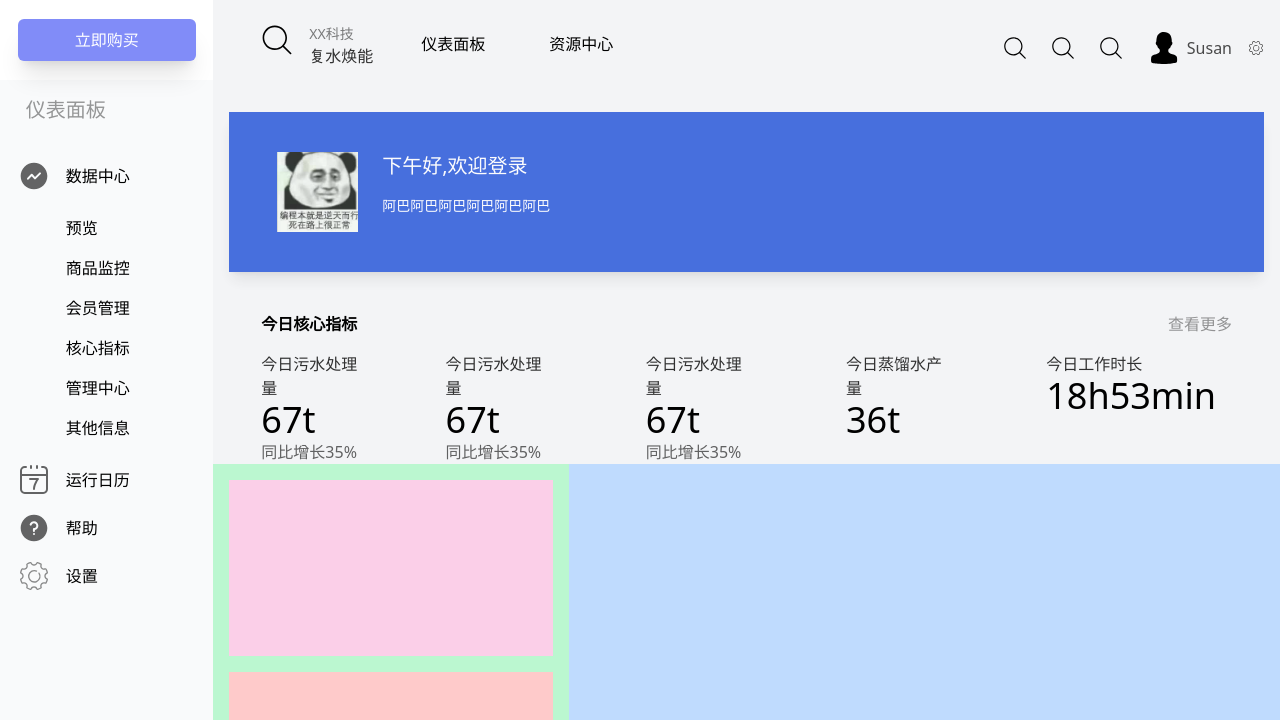
Repository: LiuRuohui/useWater
Page: /
An editor plug-in stored every save of this project. The page is shown before and after the next save, followed by the edit.
The browser window is 1280 px wide. The pictures show the whole page.
The project was rebuilt for these pictures with package versions that can differ from the ones it lists, and the page was loaded fresh each time. Also part of the build but not shown: vite.config.js.

Above is the page before, as saved 2022-04-06 23:34:55.

### src/App.vue
<script setup>
import HelloWorld1 from './components/HelloWorld.vue';
</script>

<template>
  <HelloWorld1></HelloWorld1>
</template>

<style>
</style>

### src/index.css
@tailwind base;
@tailwind components;
.inputFrame {
    @apply appearance-none rounded-none relative block w-full px-3 py-2 border border-gray-300 placeholder-gray-500 text-gray-900
}

.inputFrame:focus {
    @apply outline-none border-indigo-500 z-10 inline-block px-5 py-3 rounded-lg shadow-lg
}

.btn {
    @apply relative flex w-full justify-center py-2 border border-transparent font-medium rounded-md text-white bg-indigo-400
}

.btn:hover {
    @apply bg-indigo-500
}

.btn:focus {
    @apply outline-none ring-2 ring-offset-2 ring-indigo-400
}

@tailwind utilities;

### src/components/HelloWorld.vue
<script setup>

</script>

<template>
<div class="w-full h-screen flex flex-row select-none">
  <div class="w-1/5 h-screen justify-center items-center flex flex-col">
    <div class="w-full h-20 justify-center items-center flex">
        <div class="w-5/6">
            <button class="btn text-white justify-center items-center shadow-xl">立即购买</button>
        </div>
    </div>
    <div class="w-full flex flex-grow bg-gray-50 justify-center">
        <div class="w-5/6 pt-4 flex flex-col">
            <div class="h-8 text-xl opacity-40 pl-2">仪表面板</div>
            <div class="mt-4 flex flex-grow flex-col">
                <div class="flex flex-col py-2 hover:cursor-pointer">
                    <div class="flex flex-row py-2 hover:bg-blue-200 hover:cursor-pointer">
                      <img src="../assets/数据.svg" alt="" class="h-8 opacity-60">
                      <div class="pl-4 pt-1">数据中心</div>
                    </div>
                    <div class="mt-2 flex flex-col hover:cursor-pointer">
                        <div class="py-2 pl-12 hover:bg-blue-200">预览</div>
                        <div class="py-2 pl-12 hover:bg-blue-200">商品监控</div>
                        <div class="py-2 pl-12 hover:bg-blue-200">会员管理</div>
                        <div class="py-2 pl-12 hover:bg-blue-200">核心指标</div>
                        <div class="py-2 pl-12 hover:bg-blue-200">管理中心</div>
                        <div class="py-2 pl-12 hover:bg-blue-200">其他信息</div>
                    </div>
                </div>
                <div class="flex flex-row py-2 hover:bg-blue-200 hover:cursor-pointer">
                  <img src="../assets/日历.svg" alt="" class="h-8 opacity-60">
                  <div class="pl-4 pt-1">运行日历</div>
                </div>
                <div class="flex flex-row py-2 hover:bg-blue-200 hover:cursor-pointer">
                  <img src="../assets/帮助.svg" alt="" class="h-8 opacity-60">
                  <div class="pl-4 pt-1">帮助</div>
                </div>
                <div class="flex flex-row py-2 hover:bg-blue-200 hover:cursor-pointer">
                  <img src="../assets/设置.svg" alt="" class="h-8 opacity-60">
                  <div class="pl-4 pt-1">设置</div>
                </div>
            </div>
        </div>
    </div>
  </div>
  <div class="w-full flex flex-grow flex-col bg-gray-100">
      <div class="flex flex-row h-24">
          <img src="../assets/搜索.svg" alt="" class="h-8 mt-6 pl-12 hover:cursor-pointer">
          <div class="flex flex-col pt-6 px-4 hover:cursor-pointer">
              <div class="text-sm opacity-50">XX科技</div>
              <div class="text-md opacity-80">复水焕能</div>
          </div>
          <div class="text-base px-8 pt-8 hover:cursor-pointer">仪表面板</div>
          <div class="text-base px-8 pt-8 hover:cursor-pointer">资源中心</div>
          <div class="flex flex-grow flex-row-reverse">
              <img src="../assets/设置.svg" alt="" class="h-4 mt-10 mr-4 hover:cursor-pointer hover:bg-blue-100">
              <span class="my-9 mr-4 text-black text-base opacity-70 hover:cursor-pointer hover:bg-blue-100">Susan</span>
              <img src="../assets/用户.svg" alt="" class="h-8 mt-8 mr-2 hover:cursor-pointer hover:bg-blue-100">
              <img src="../assets/搜索.svg" alt="" class="h-6 mt-9 mr-6 hover:cursor-pointer hover:bg-blue-100">
              <img src="../assets/搜索.svg" alt="" class="h-6 mt-9 mr-6 hover:cursor-pointer hover:bg-blue-100">
              <img src="../assets/搜索.svg" alt="" class="h-6 mt-9 mr-6 hover:cursor-pointer hover:bg-blue-100">
          </div>
      </div>
      <div class="m-4 bg-blue-700 h-40 opacity-80 shadow-lg">
          <div class="flex flex-row h-24 my-8">
              <img src="../assets/测试图片.jpg" alt="" class="h-20 my-auto pl-12">
              <div class="flex flex-col pl-6 pt-2">
                  <div class="text-xl text-white">下午好,欢迎登录</div>
                  <div class="text-sm text-white pt-4">阿巴阿巴阿巴阿巴阿巴阿巴</div>
              </div>
          </div>
      </div>
      <div class="h-40 my-2 mx-4">
          <div class="flex flex-col pt-4 pl-8">
              <div class="flex flex-row">
                  <div class="font-black text-black">今日核心指标</div>
                  <div class="flex flex-grow flex-row-reverse opacity-40 pr-8">查看更多</div>
              </div>
              <div class="flex flex-grow flex-row mt-4">
                  <div class="flex flex-col pr-8">
                      <div class="opacity-80">今日污水处理量</div>
                      <div class="text-4xl">67t</div>
                      <div class="opacity-60">同比增长35%</div>
                  </div>
                  <div class="flex flex-col px-12">
                      <div class="opacity-80">今日污水处理量</div>
                      <div class="text-4xl">67t</div>
                      <div class="opacity-60">同比增长35%</div>
                  </div>
                  <div class="flex flex-col px-12">
                      <div class="opacity-80">今日污水处理量</div>
                      <div class="text-4xl">67t</div>
                      <div class="opacity-60">同比增长35%</div>
                  </div>
                  <div class="flex flex-col px-12">
                      <div class="opacity-80">今日蒸馏水产量</div>
                      <div class="text-4xl">36t</div>
                  </div>
                  <div class="flex flex-col px-12">
                      <div class="opacity-80">今日工作时长</div>
                      <div class="text-4xl">18h53min</div>
                  </div>
              </div>
          </div>
      </div>
      <div class="flex flex-grow flex-row bg-blue-200">
          <div class="w-1/3 bg-green-200 flex flex-col">
              <div class="flex h-44 m-4 bg-pink-200">

              </div>
              <div class="flex flex-grow bg-red-200 mx-4">

              </div>
          </div>
      </div>
  </div>
</div>
</template>

<style scoped>

</style>

### tailwind.config.js
module.exports = {
    content: [
        "./index.html",
        "./src/**/*.{vue,js,ts,jsx,tsx}",
    ],
    theme: {
        extend: {},
    },
    variants: {
        backgroundColor: ['responsive', 'hover', 'focus', 'active']
    },
    plugins: [],
}

Loaded but not shown: index.html (common file); src/main.js (common file)

After the next save:
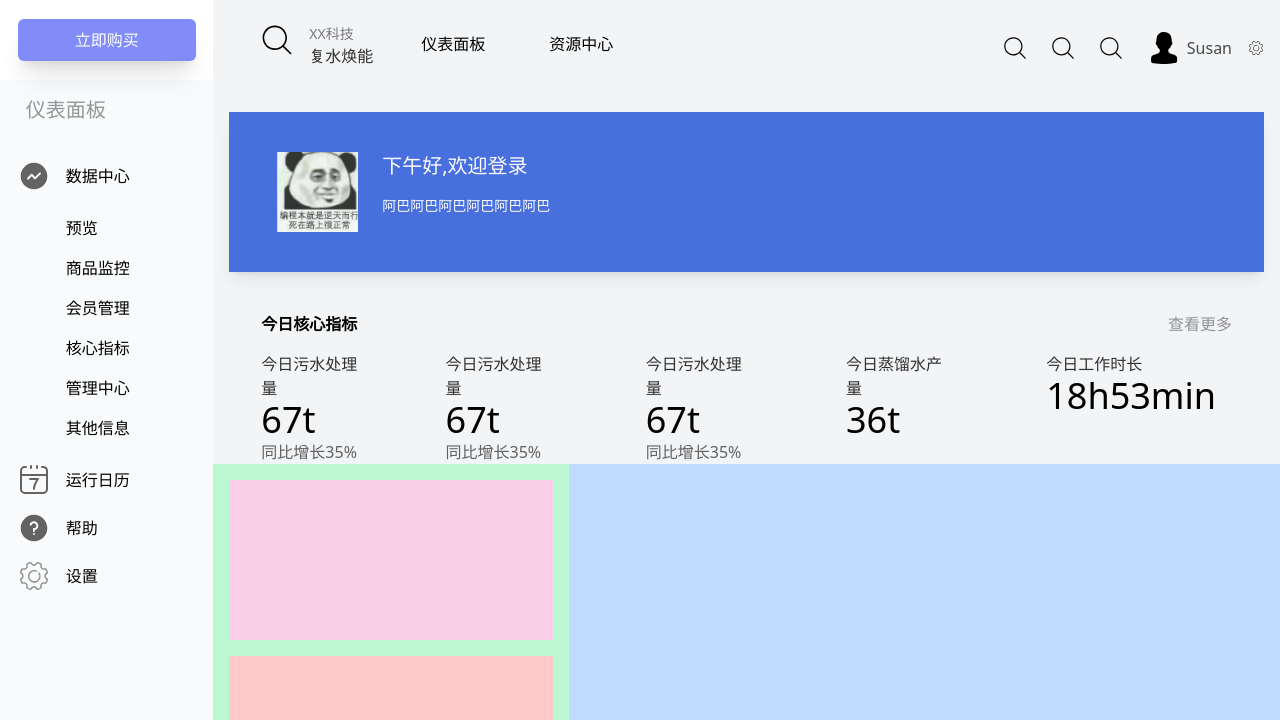
Saved 5 s later.
--- a/src/components/HelloWorld.vue
+++ b/src/components/HelloWorld.vue
@@ -106,7 +106,7 @@
       </div>
       <div class="flex flex-grow flex-row bg-blue-200">
           <div class="w-1/3 bg-green-200 flex flex-col">
-              <div class="flex h-44 m-4 bg-pink-200">
+              <div class="flex h-40 m-4 bg-pink-200">
 
               </div>
               <div class="flex flex-grow bg-red-200 mx-4">
